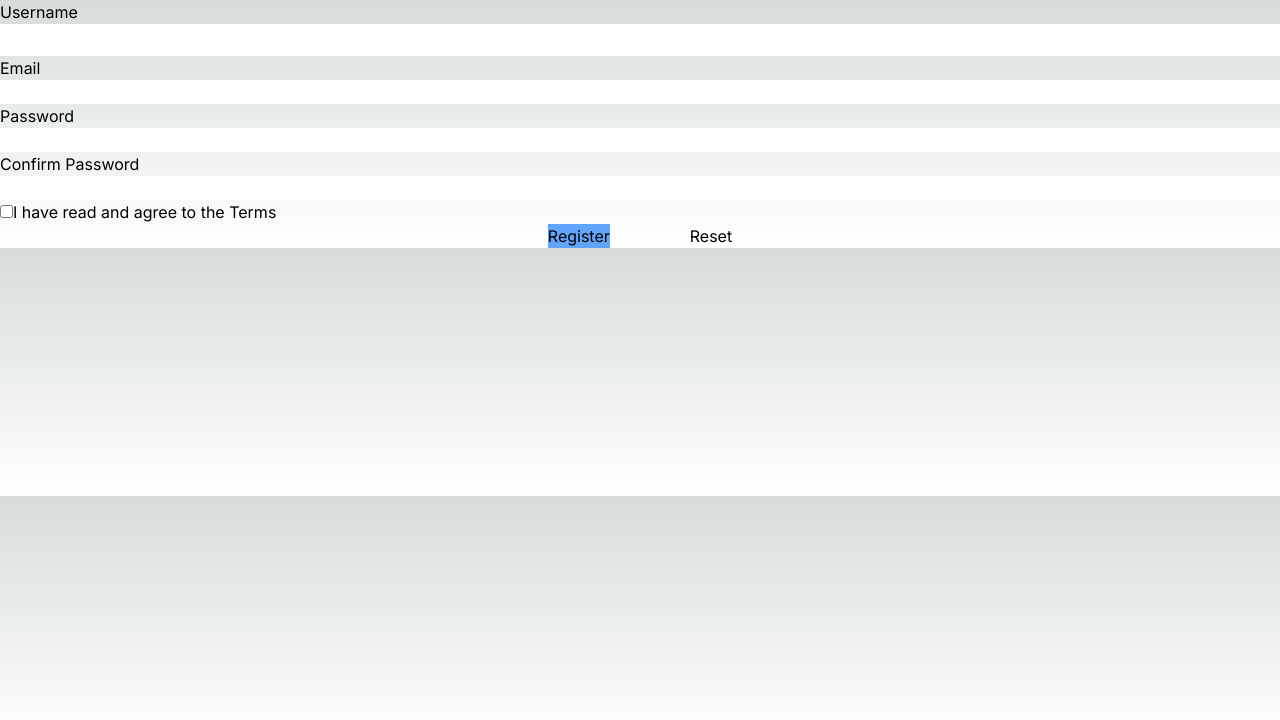
Repository: uh-sman/tiktok-card
Page: /
These files come from the project's save history. The page is drawn as it stood at one moment and after the next save; the edit follows.
The browser window is 1280 px wide. The pictures show the whole page.
The project was rebuilt for these pictures with package versions that can differ from the ones it lists, and the page was loaded fresh each time. The framework's server and built-in components were replaced by stand-ins that run in the browser. Also part of the build but not shown: next.config.js.

Above is the page before, as saved 2023-12-19 13:48:27.

### app/page.tsx
'use client'
// import Input from "./components/Input";
import { FieldValues, SubmitHandler, useForm } from "react-hook-form";
import AuthForm from "./components/AuthForm";
type FormValues = {
  name: string,
      email: string,
      password: string,
      confirmPassword: string,
      DateOfBirth: string,
      Bio: string,
      gender: string,
      termsAndConditions: string
}

export default function Home() {
  return (
    <div>
      <AuthForm />
    </div>
  )
}



{/* <form class="max-w-sm mx-auto">
  <div class="mb-5">
    <label for="email" class="block mb-2 text-sm font-medium text-gray-900 dark:text-white">Your email</label>
    <input type="email" id="email" class="bg-gray-50 border border-gray-300 text-gray-900 text-sm rounded-lg focus:ring-blue-500 focus:border-blue-500 block w-full p-2.5 dark:bg-gray-700 dark:border-gray-600 dark:placeholder-gray-400 dark:text-white dark:focus:ring-blue-500 dark:focus:border-blue-500" placeholder="name@flowbite.com" required>
  </div>
  <div class="mb-5">
    <label for="password" class="block mb-2 text-sm font-medium text-gray-900 dark:text-white">Your password</label>
    <input type="password" id="password" class="bg-gray-50 border border-gray-300 text-gray-900 text-sm rounded-lg focus:ring-blue-500 focus:border-blue-500 block w-full p-2.5 dark:bg-gray-700 dark:border-gray-600 dark:placeholder-gray-400 dark:text-white dark:focus:ring-blue-500 dark:focus:border-blue-500" required>
  </div>
  <div class="flex items-start mb-5">
    <div class="flex items-center h-5">
      <input id="remember" type="checkbox" value="" class="w-4 h-4 border border-gray-300 rounded bg-gray-50 focus:ring-3 focus:ring-blue-300 dark:bg-gray-700 dark:border-gray-600 dark:focus:ring-blue-600 dark:ring-offset-gray-800 dark:focus:ring-offset-gray-800" required>
    </div>
    <label for="remember" class="ms-2 text-sm font-medium text-gray-900 dark:text-gray-300">Remember me</label>
  </div>
  <button type="submit" class="text-white bg-blue-700 hover:bg-blue-800 focus:ring-4 focus:outline-none focus:ring-blue-300 font-medium rounded-lg text-sm w-full sm:w-auto px-5 py-2.5 text-center dark:bg-blue-600 dark:hover:bg-blue-700 dark:focus:ring-blue-800">Submit</button>
</form> */}

### app/components/AuthForm.tsx
import React from "react";
import { useForm } from "react-hook-form";

type UserSubmitForm = {
    // fullname: string;
    username: string;
    email: string;
    password: string;
    confirmPassword: string;
    acceptTerms: boolean;
  };
const AuthForm: React.FC = () => {
    const {register,handleSubmit} = useForm<UserSubmitForm>()
    const onSubmit = (data: UserSubmitForm) => {
        console.log(data)
    }
    return (
        <div className="flex flex-col">
        <form onSubmit={handleSubmit(onSubmit)}>
          <div className="flex flex-col">
            <label>Username</label>
            <input
            className="px-2 py-1"
              type="text"
              {...register('username')}
            //   className={`form-control ${errors.username ? 'is-invalid' : ''}`}
            />
            <div className="invalid-feedback">
                {/* {errors.username?.message} */}
                </div>
          </div>

          <div className="flex flex-col">
            <label>Email</label>
            <input
              type="text"
              {...register('email')}
            //   className=
            //   {`form-control ${errors.email ? 'is-invalid' : ''}`}
            />
            <div className="invalid-feedback">
                {/* {errors.email?.message} */}
                </div>
          </div>

          <div className="flex flex-col">
            <label>Password</label>
            <input
              type="password"
              {...register('password')}
            //   className={`form-control ${errors.password ? 'is-invalid' : ''}`}
            />
            <div className="invalid-feedback">
                {/* {errors.password?.message} */}
                </div>
          </div>
          <div className="flex flex-col">
            <label>Confirm Password</label>
            <input
              type="password"
              {...register('confirmPassword')}
            //   className={`form-control ${
            //     errors.confirmPassword ? 'is-invalid' : ''
            //   }`}
            />
            <div className="invalid-feedback">
              {/* {errors.confirmPassword?.message} */}
            </div>
          </div>

          <div className="form-group form-check">
            <input
              type="checkbox"
              {...register('acceptTerms')}
            //   className={`form-check-input ${
            //     errors.acceptTerms ? 'is-invalid' : ''
            //   }`}
            />
            <label htmlFor="acceptTerms" className="form-check-label">
              I have read and agree to the Terms
            </label>
            <div className="invalid-feedback">
                {/* {errors.acceptTerms?.message} */}
                </div>
          </div>

          <div className="flex justify-center gap-20">
            <button type="submit" className="bg-blue-400">
              Register
            </button>
            <button
              type="button"
            //   onClick={() => reset()}
              className="btn btn-warning float-right"
            >
              Reset
            </button>
          </div>
        </form>
      </div>
    )
}

export default AuthForm;

Loaded but not shown: app/layout.tsx (common file); app/globals.css (common file); tailwind.config.ts (common file)

After the next save:
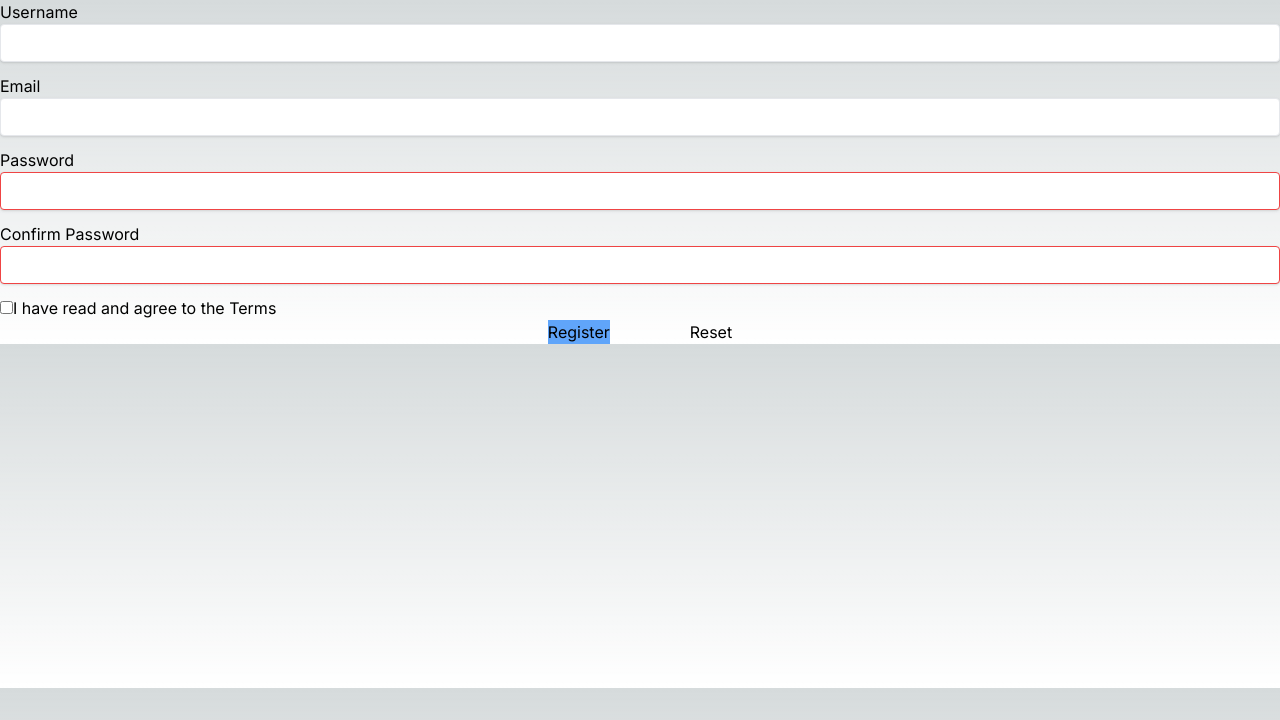
Saved 4 min 11 s later.
--- a/app/components/AuthForm.tsx
+++ b/app/components/AuthForm.tsx
@@ -20,10 +20,9 @@ const AuthForm: React.FC = () => {
           <div className="flex flex-col">
             <label>Username</label>
             <input
-            className="px-2 py-1"
+            className="shadow appearance-none border  rounded w-full py-2 px-3 text-gray-700 mb-3 leading-tight focus:outline-none focus:shadow-outline"
               type="text"
               {...register('username')}
-            //   className={`form-control ${errors.username ? 'is-invalid' : ''}`}
             />
             <div className="invalid-feedback">
                 {/* {errors.username?.message} */}
@@ -33,6 +32,7 @@ const AuthForm: React.FC = () => {
           <div className="flex flex-col">
             <label>Email</label>
             <input
+            className="shadow appearance-none border rounded w-full py-2 px-3 text-gray-700 mb-3 leading-tight focus:outline-none focus:shadow-outline"
               type="text"
               {...register('email')}
             //   className=
@@ -46,6 +46,7 @@ const AuthForm: React.FC = () => {
           <div className="flex flex-col">
             <label>Password</label>
             <input
+            className="shadow appearance-none border border-red-500 rounded w-full py-2 px-3 text-gray-700 mb-3 leading-tight focus:outline-none focus:shadow-outline"
               type="password"
               {...register('password')}
             //   className={`form-control ${errors.password ? 'is-invalid' : ''}`}
@@ -57,6 +58,7 @@ const AuthForm: React.FC = () => {
           <div className="flex flex-col">
             <label>Confirm Password</label>
             <input
+            className="shadow appearance-none border border-red-500 rounded w-full py-2 px-3 text-gray-700 mb-3 leading-tight focus:outline-none focus:shadow-outline"
               type="password"
               {...register('confirmPassword')}
             //   className={`form-control ${
